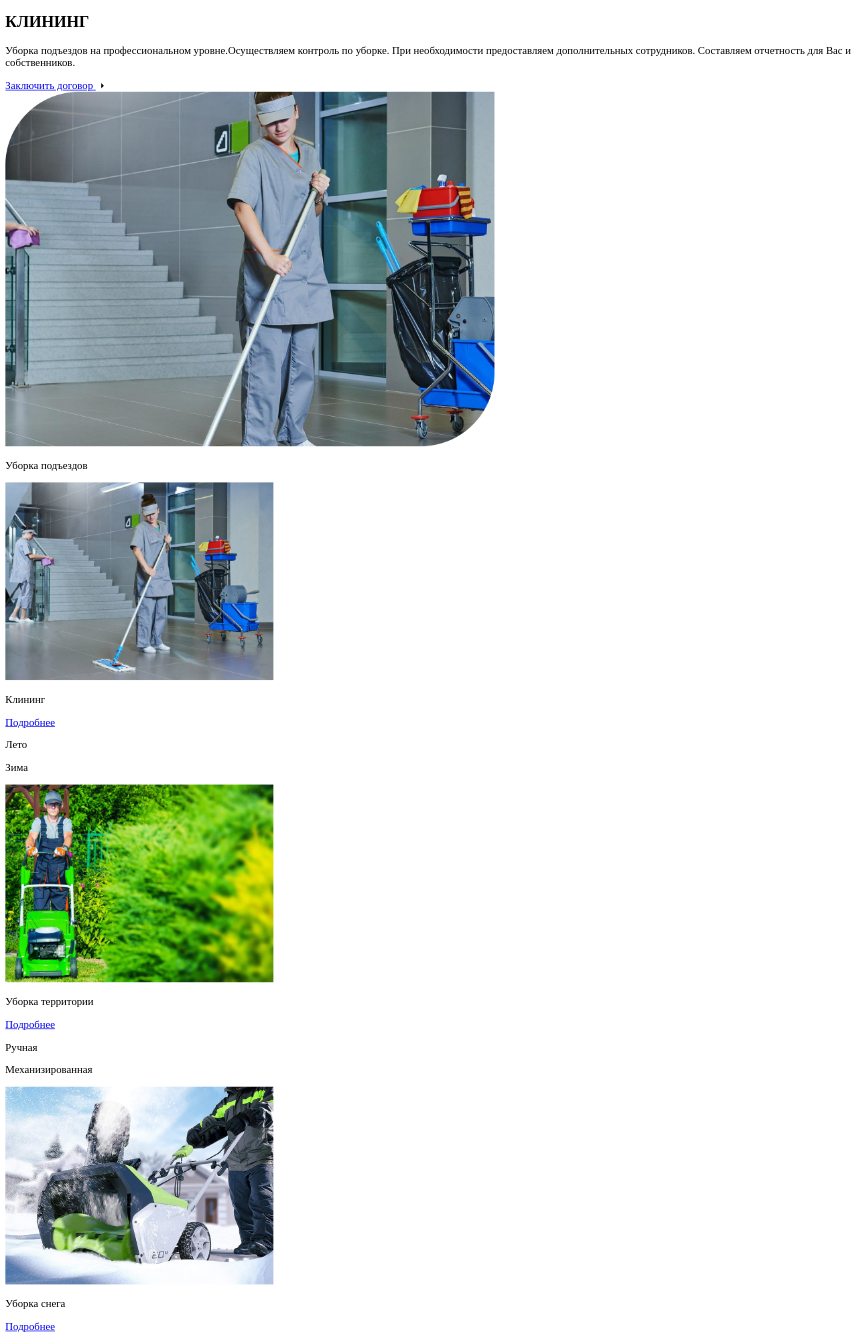
Repository: Azimich/Cleaning_
Page: src/pages/Cleaning/banner/banner.html
These files come from the project's save history. The page is drawn as it stood at one moment and after the next save; the edit follows.
The browser window is 1280 px wide. The pictures show the whole page, at 67% of full size.

Above is the page before, as saved 2022-10-19 18:34:35.

### src/pages/Cleaning/banner/banner.html
<!DOCTYPE html>
<section class="banner__cleaning">
  <div class="wrapper">
    <div class="banner__cleaning__container">
      <div class="banner__cleaning__items">
        <div class="banner__cleaning__info">
          <h1>КЛИНИНГ</h1>
          <p>
            Уборка подъездов на профессиональном уровне.Осуществляем контроль по уборке. При необходимости предоставляем дополнительных сотрудников. Составляем отчетность для Вас и собственников.
          </p>
          <a href="#" class="banner__cleaning__button">
            <span>Заключить договор</span>
            <svg width="13px" height="10px" viewbox="0 0 13 10">
              <path d="M1,5 L11,5"></path>
              <polyline points="8 1 12 5 8 9"></polyline>
            </svg>
          </a>
        </div>
        <div class="banner__cleaning__banner__cleaning">
          <img src="../assets/images/cleaning-banner.jpg" alt="banner__cleaning">
        </div>
      </div>
      <div class="banner__services__items">
        <div class="banner__services__item">
          <div class="services__item-images">
            <div class="services__item-animation">
              <span>
                <p>Уборка подъездов</p>
              </span>
            </div>
            <img src="../assets/images/cleaning.jpg" alt="cleaning">
          </div>
          <div class="services__item-info">
            <p class="h3">Клининг</p>
            <a href="cleaning.html" class="button-2">Подробнее</a>
          </div>
        </div>
        <div class="banner__services__item">
          <div class="services__item-images">
            <div class="services__item-animation">
              <span>
                <p>Лето</p>
                <p>Зима</p>
              </span>
            </div>
            <img src="../assets/images/grass.jpg" alt="grass">
          </div>
          <div class="services__item-info">
            <p class="h3">Уборка территории</p>
            <a href="#" class="button-2">Подробнее</a>
          </div>
        </div>
        <div class="banner__services__item">
          <div class="services__item-images">
            <div class="services__item-animation">
              <span>
                <p>Ручная</p>
                <p>Механизированная</p>
              </span>
            </div>
            <img src="../assets/images/snow.jpg" alt="snow">
          </div>
          <div class="services__item-info">
            <p class="h3">Уборка снега</p>
            <a href="#" class="button-2">Подробнее</a>
          </div>
        </div>
      </div>
    </div>
  </div>
</section>

After the next save:
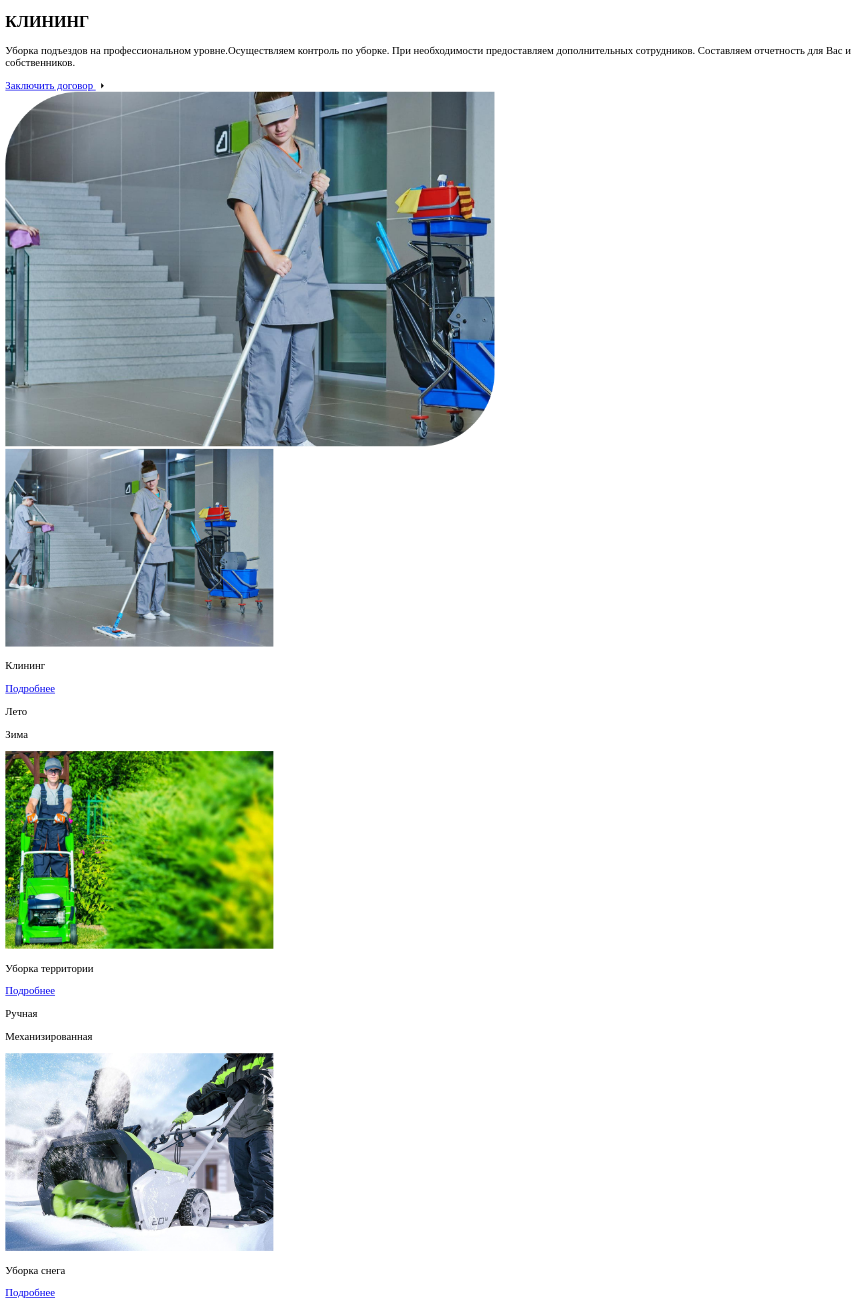
Saved 22 s later.
--- a/src/pages/Cleaning/banner/banner.html
+++ b/src/pages/Cleaning/banner/banner.html
@@ -23,11 +23,6 @@
       <div class="banner__services__items">
         <div class="banner__services__item">
           <div class="services__item-images">
-            <div class="services__item-animation">
-              <span>
-                <p>Уборка подъездов</p>
-              </span>
-            </div>
             <img src="../assets/images/cleaning.jpg" alt="cleaning">
           </div>
           <div class="services__item-info">
